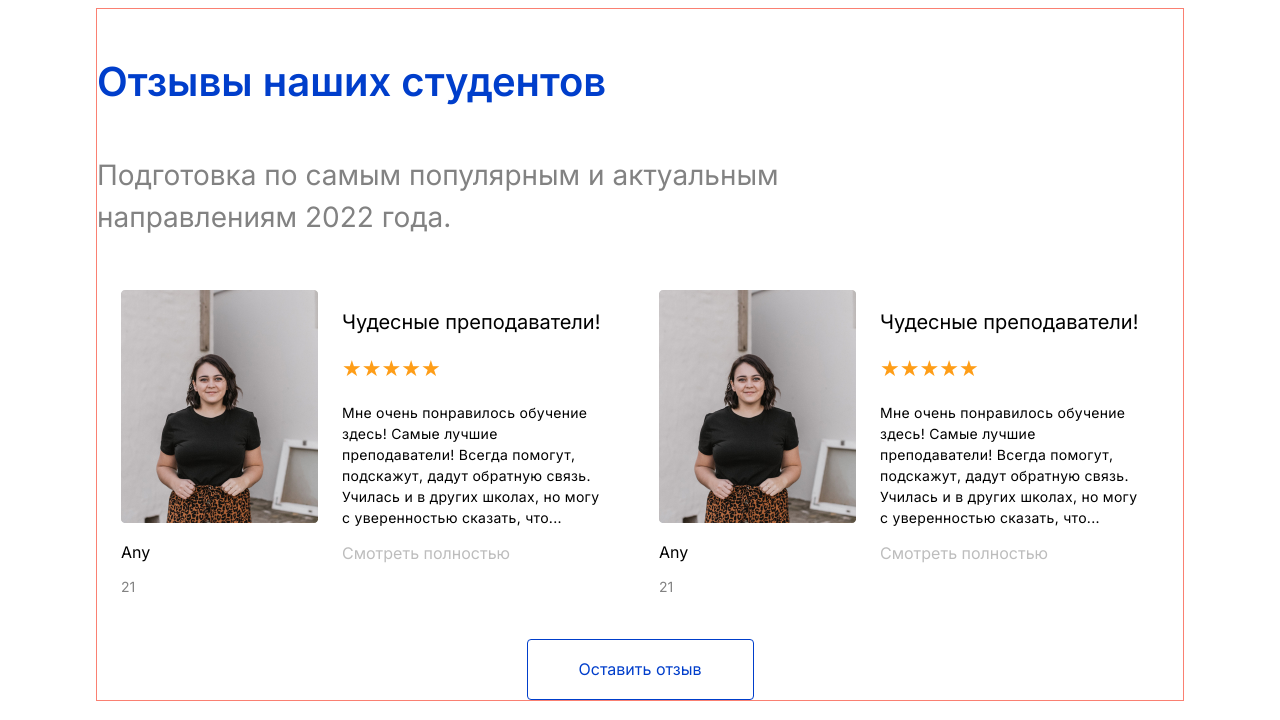
Repository: Malvuna/Studi
Page: index.html
The author's editor kept a copy of each file at every save. The page is drawn from the files as they stood at one save, then again after the next save.
The browser window is 1280 px wide. The pictures show the whole page.

Above is the page before, as saved 2022-07-11 17:45:38.

After the next save:
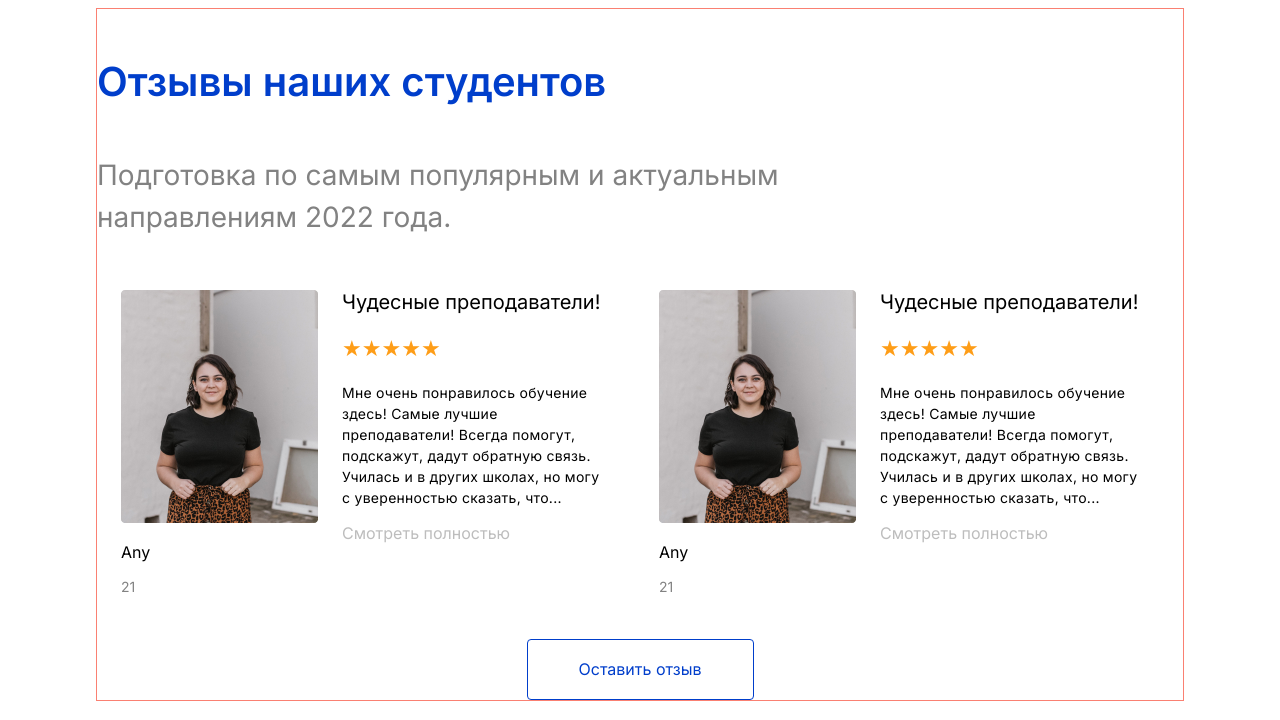
Saved 4 s later.
--- a/css/style.css
+++ b/css/style.css
@@ -68,7 +68,7 @@ body {
   font-size: 20px;
   line-height: 24px;
   color: #000000;
-  margin-top: ;
+  margin-top: 0;
 }
 
 .textStar {
